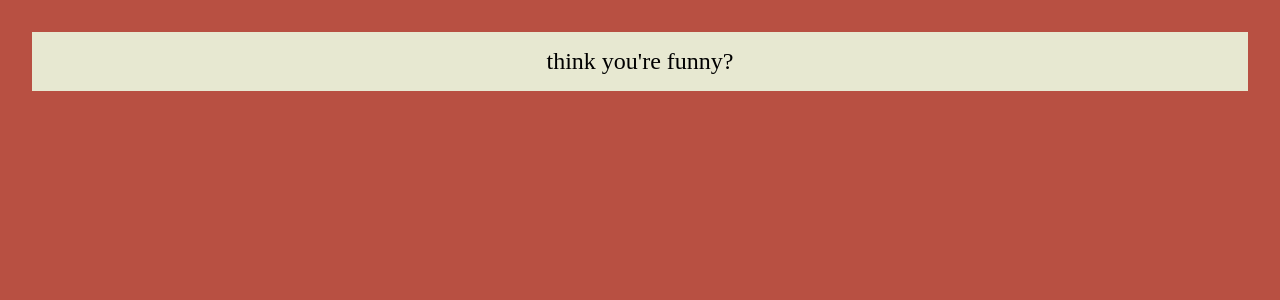
Repository: elchananChen/joke-api
Page: Client/index.html
These files come from the project's save history. The page is drawn as it stood at one moment and after the next save; the edit follows.
The browser window is 1280 px wide. The pictures show the whole page.
The page's requests for data from a server got no answer.

Above is the page before, as saved 2024-11-05 01:49:01.
Console error: TypeError: Cannot read properties of undefined (reading 'forEach')

After the next save:
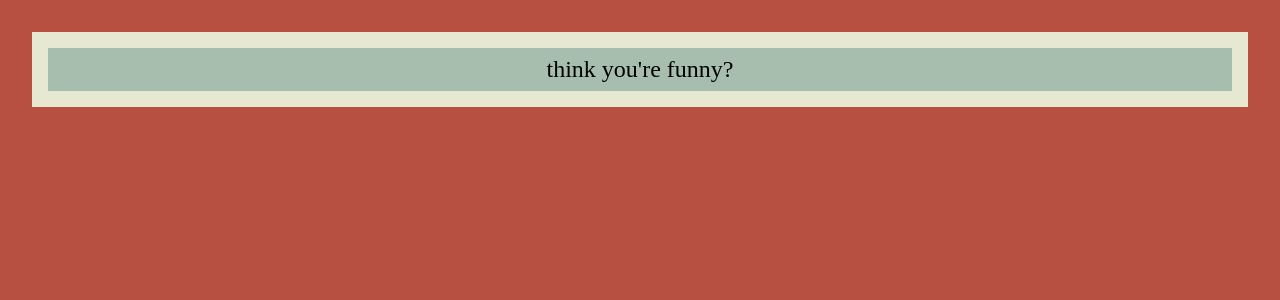
Saved 66 s later.
--- a/Client/styles.css
+++ b/Client/styles.css
@@ -14,6 +14,12 @@ article {
   background-color: var(--color-yellow-green-100);
   padding: 1rem;
 }
+.inner-wrapper {
+  height: 100%;
+  width: 100%;
+  background-color: var(--color-green-oil-300);
+  padding: 0.5rem;
+}
 
 h1 {
   font-size: 1.5rem;
